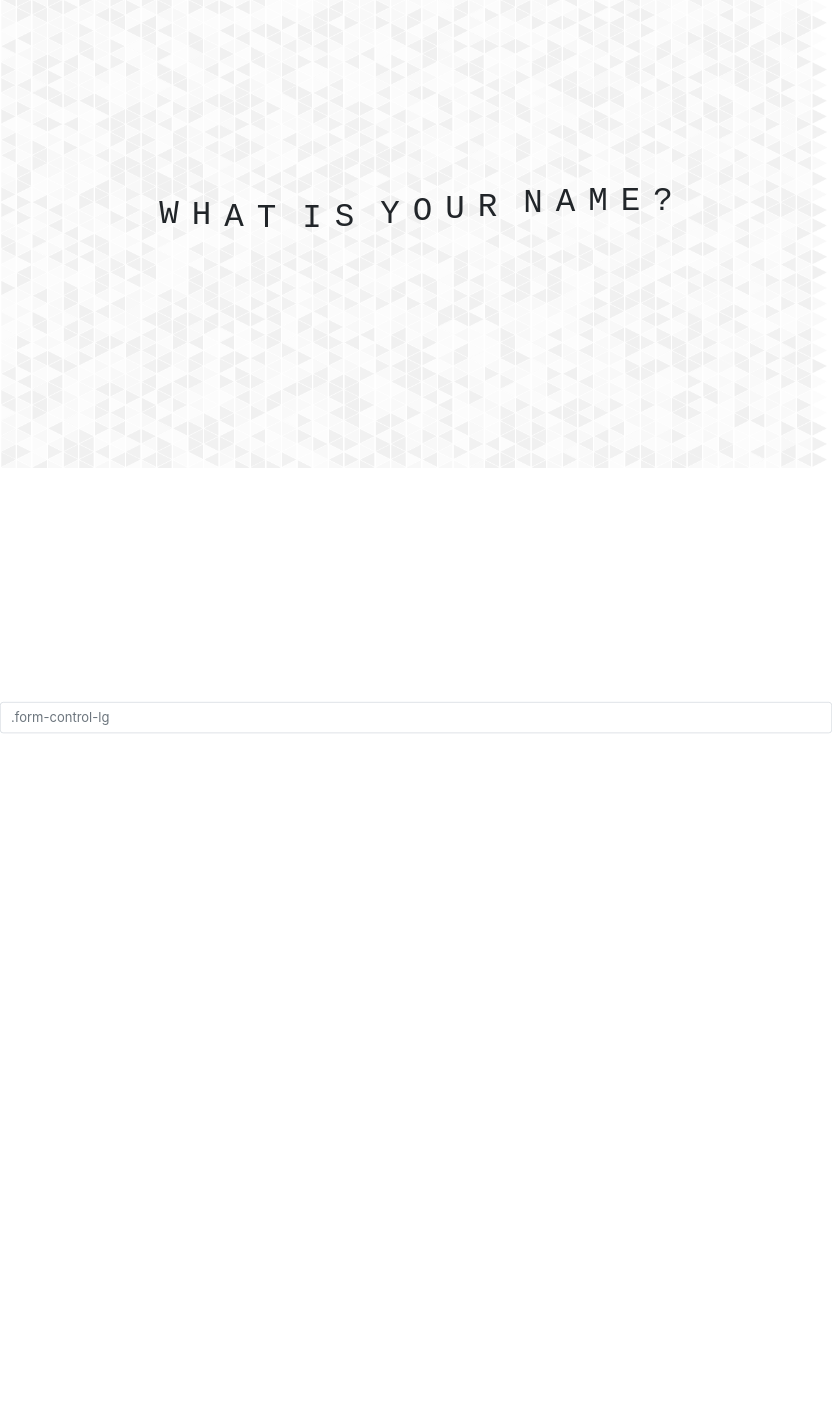
Repository: Aaquib111/Aaquib111.github.io
Page: index.html
These files come from the project's save history. The page is drawn as it stood at one moment and after the next save; the edit follows.
The browser window is 1280 px wide. The pictures show the whole page, at 65% of full size.

Above is the page before, as saved 2021-05-12 21:52:56.

After the next save:
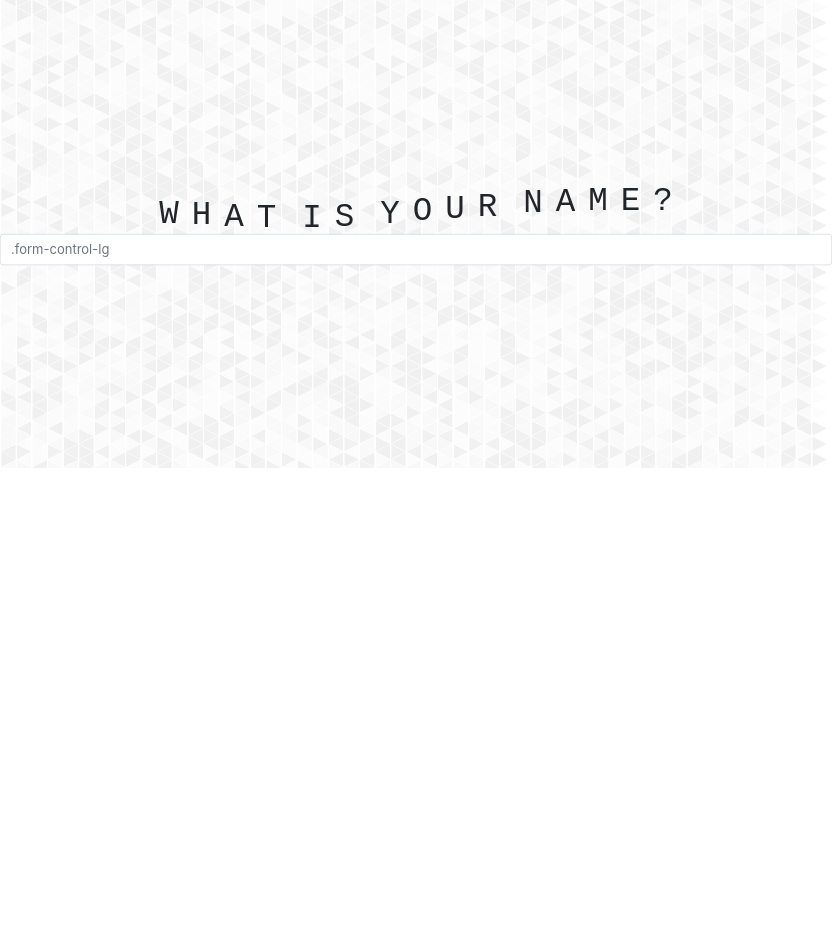
Saved 13 s later.
--- a/css/background.css
+++ b/css/background.css
@@ -39,7 +39,7 @@ canvas{
   height: 150vh;
   width: 100vw;
   left: 0;
-  top: 150vh;
+  top: 50vh;
   align-items: flex-end;
 }
 .hoovy{
